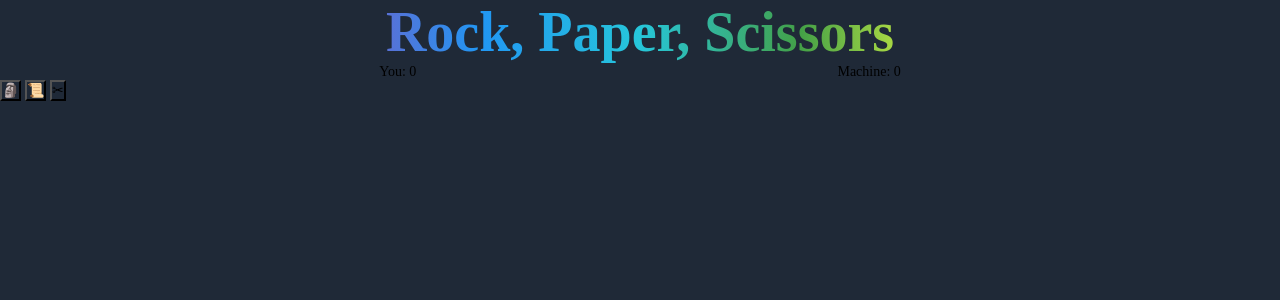
Repository: dung8466/RPS
Page: index.html
These files come from the project's save history. The page is drawn as it stood at one moment and after the next save; the edit follows.
The browser window is 1280 px wide. The pictures show the whole page.

Above is the page before, as saved 2022-07-01 21:08:33.

### index.html
<!DOCTYPE html>
<html lang="en">
<head>
    <meta charset="UTF-8">
    <meta http-equiv="X-UA-Compatible" content="IE=edge">
    <meta name="viewport" content="width=device-width, initial-scale=1.0">
    <title>Fun Game</title>
    <link rel="stylesheet" href="style.css">
    <script src="script.js" defer></script>
</head>
<body>
    <h1 class="header">
        Rock, Paper, Scissors
    </h1>
    <div class="result flex-box">
        <div class="player-result">
            You: <span class="result-text" data-player-result>0</span>
        </div>
        <div class="machine-result">
            Machine: <span class="result-text" data-machine-result>0</span>
        </div>
    </div>
    <div class="selections">
        <button class="selection" data-selection="rock">🗿</button>
        <button class="selection" data-selection="paper">📜</button>
        <button class="selection" data-selection="scissor">✂</button>
    </div>
</body>
</html>

### style.css
*{
    font-family: 'Times New Roman', Times, serif;
    font-size: 14px;
    margin: 0;
    padding: 0;
    background-color: #1f2937;
}

.flex-box{
    display: flex;
    align-items: center;
    justify-content: space-evenly;
    align-content: space-between;
    gap: 3em;
}
.header{
    font-size: 4em;
    font-weight: bold;
    background: linear-gradient(to right, #ef5350, #f48fb1, #7e57c2, #2196f3, #26c6da, #43a047, #eeff41, #f9a825, #ff5722);
    -webkit-background-clip: text;
    -webkit-text-fill-color: transparent;
    text-align: center;
}

### script.js
const selection = [
    {
        name: 'rock',
        emoji: '🗿',
        beats: 'scissors',
    },
    {
        name: 'paper',
        emoji: '📜',
        beats: 'rock',
    },
    {
        name: 'scissors',
        emoji: '✂',
        beats: 'paper',
    }
]
const selectionButtons = document.querySelectorAll('[data-selection]')
const finalColumn = document.querySelector('[data-final-column]')
const computerScoreSpan = document.querySelector('[data-machine-score]')
const yourScoreSpan = document.querySelector('[data-player-score]')

selectionButtons.forEach(selectionButton => {
    selectionButton.addEventListener('click', e => {
      const selectionName = selectionButton.dataset.selection
      const selection = SELECTIONS.find(selection => selection.name === selectionName)
      makeSelection(selection)
    })
  })

  function makeSelection(selection) {
    const computerSelection = randomSelection()
    const yourWinner = isWinner(selection, computerSelection)
    const computerWinner = isWinner(computerSelection, selection)

    addSelectionResult(computerSelection, computerWinner)
    addSelectionResult(selection, yourWinner)

    if (yourWinner) incrementScore(yourScoreSpan)
    if (computerWinner) incrementScore(computerScoreSpan)
  }

  function incrementScore(scoreSpan) {
    scoreSpan.innerText = parseInt(scoreSpan.innerText) + 1
  }

  function addSelectionResult(selection, winner) {
    const div = document.createElement('div')
    div.innerText = selection.emoji
    div.classList.add('result-selection')
    if (winner) div.classList.add('winner')
    finalColumn.after(div)
  }

  function isWinner(selection, opponentSelection) {
    return selection.beats === opponentSelection.name
  }

  function randomSelection() {
    const randomIndex = Math.floor(Math.random() * SELECTIONS.length)
    return SELECTIONS[randomIndex]
  }

After the next save:
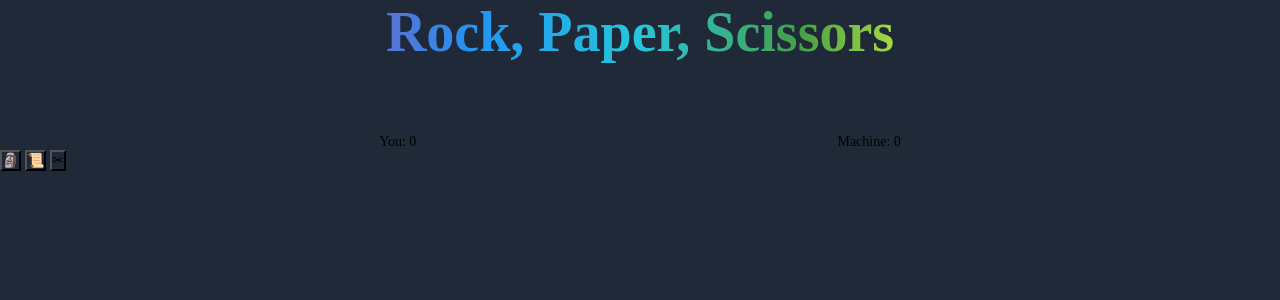
Saved 15 s later.
--- a/style.css
+++ b/style.css
@@ -21,3 +21,7 @@
     -webkit-text-fill-color: transparent;
     text-align: center;
 }
+
+.result{
+    margin-top: 5em;
+}
